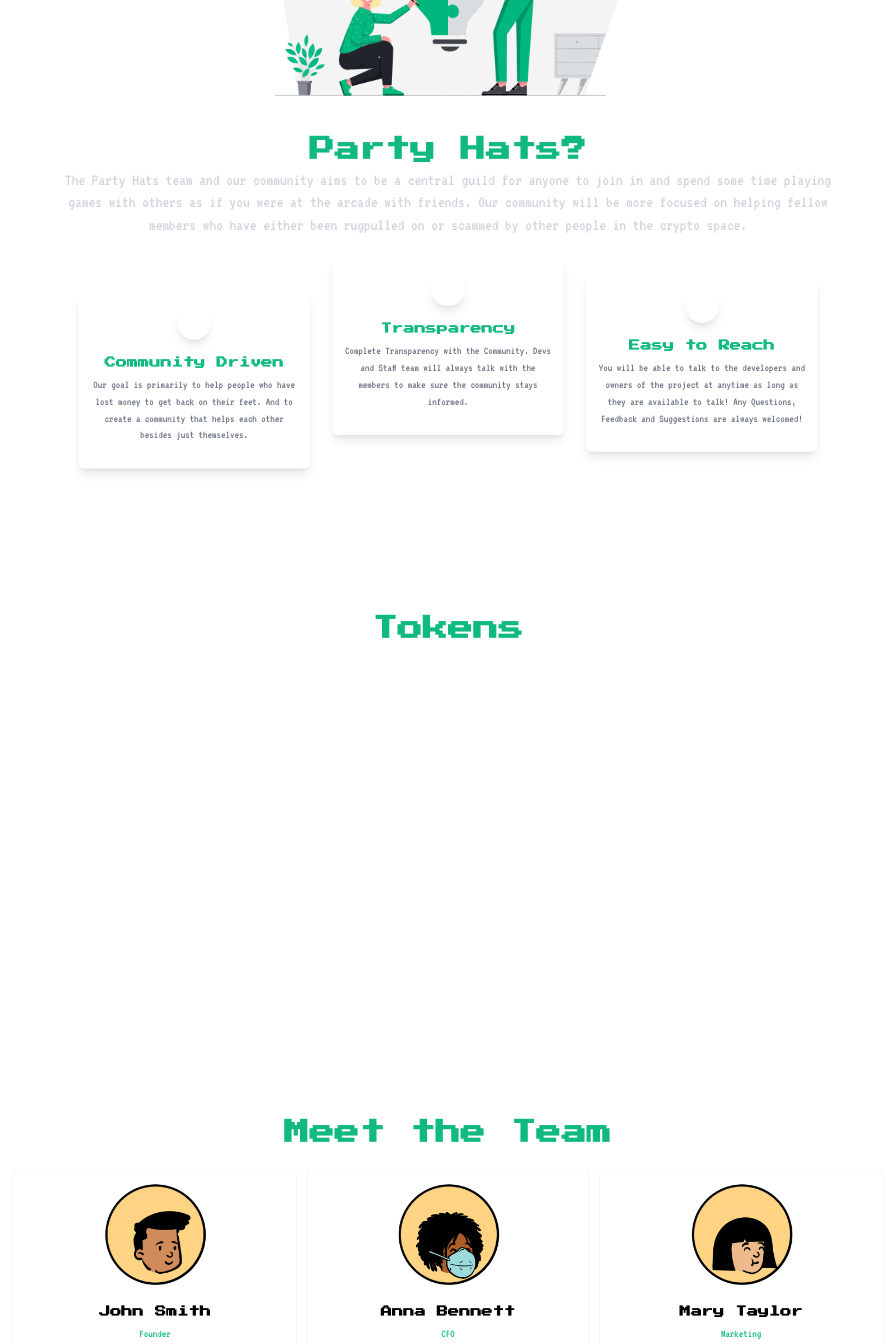
Repository: rhinorphan/phat-landing-page
Page: /
An editor plug-in stored every save of this project. The page is shown before and after the next save, followed by the edit.
The browser window is 1280 px wide. The pictures show the part of the page from y = 1176 to 3096 px (the page is 4198 px tall before and 4222 px after), at 70% of full size.
The project was rebuilt for these pictures with package versions that can differ from the ones it lists, and the page was loaded fresh each time. Also part of the build but not shown: craco.config.js.

Above is the page before, as saved 2021-11-17 23:19:08.

After the next save:
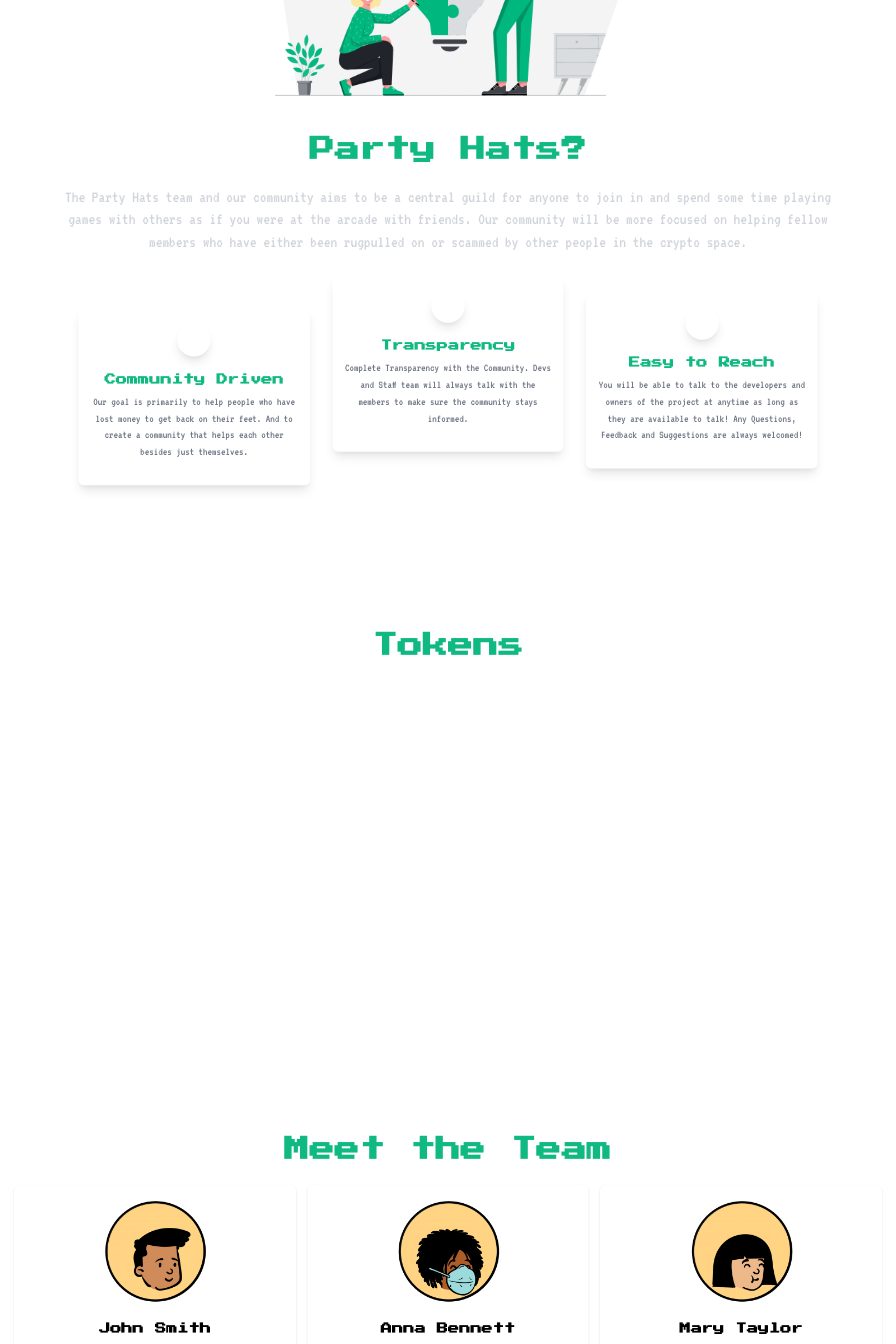
Saved 12 s later.
--- a/src/components/Community.js
+++ b/src/components/Community.js
@@ -7,7 +7,7 @@ function Community() {
         <img src={`${process.env.PUBLIC_URL}/assets/images/collab.png`} alt=""/>
       </div>
       <div class="mx-16 w-50">
-        <h2 class="flex text-4xl  font-bold mb-2 text-green-500 justify-center">
+        <h2 class="flex text-4xl  font-bold mb-8 text-green-500 justify-center">
         Party Hats?
         </h2>
         <h3 class="flex text-2xl mb-2 text-gray-300 text-center normalText">
